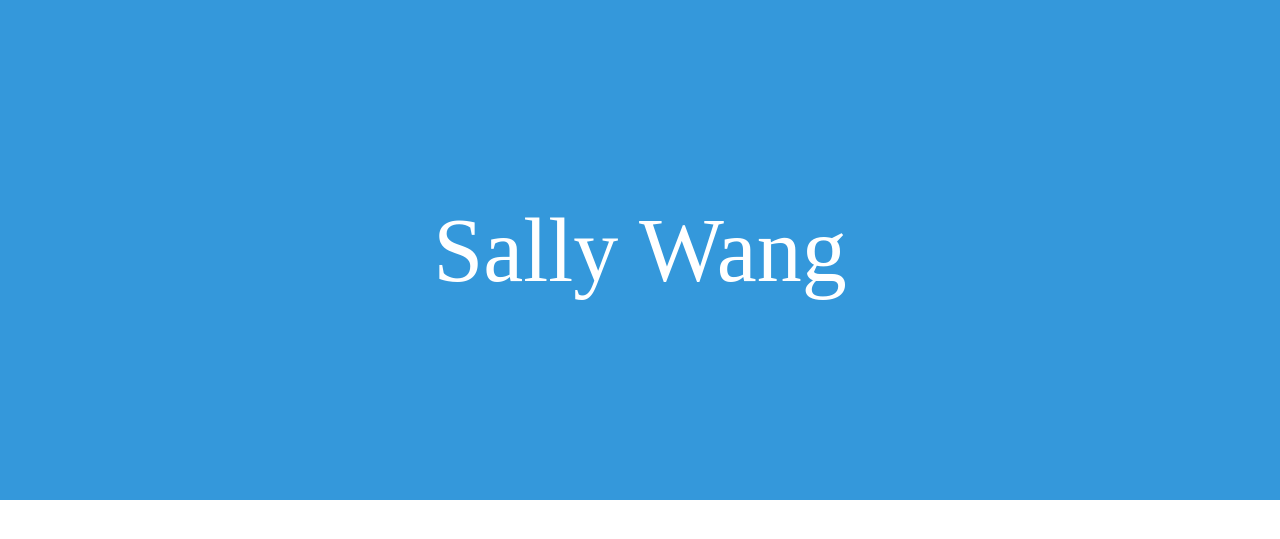
Repository: tianjiewang2022/tianjiewang2022.github.io
Page: index.html
These files come from the project's save history. The page is drawn as it stood at one moment and after the next save; the edit follows.
The browser window is 1280 px wide. The pictures show the whole page.

Above is the page before, as saved 2023-10-01 21:55:32.

After the next save:
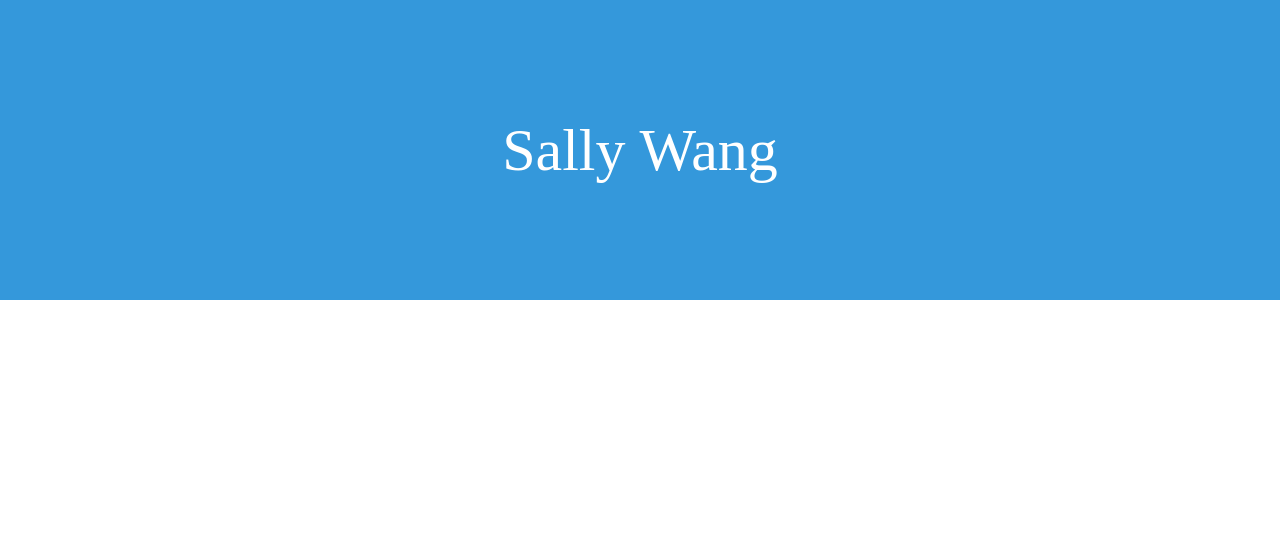
Saved 67 s later.
--- a/index.html
+++ b/index.html
@@ -19,13 +19,13 @@
                 top: 0;
                 left: 0;
                 width: 100%;
-                height: 500px;
+                height: 300px;
                 /* Adjust the header height as needed */
                 display: flex;
                 align-items: center;
                 justify-content: center;
                 z-index: 100;
-                font-size: 90px;
+                font-size: 60px;
             }
 
             .container {
